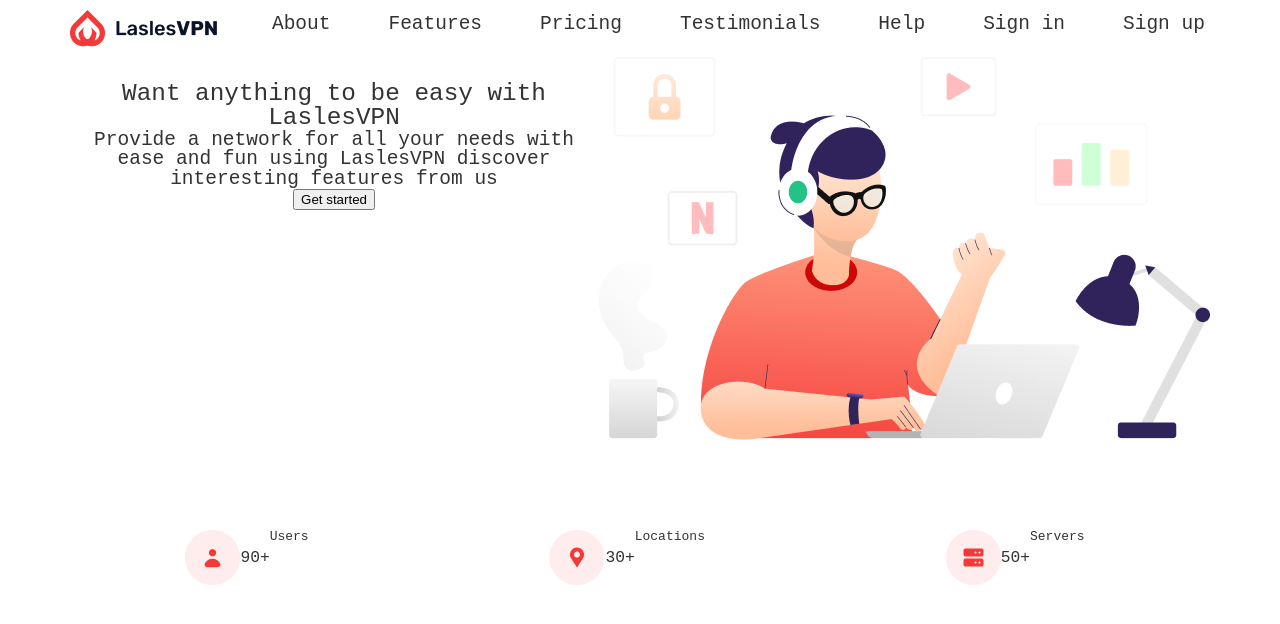
Repository: RaphaelMatheus-br/LP-251123
Page: index.html
These files come from the project's save history. The page is drawn as it stood at one moment and after the next save; the edit follows.
The browser window is 1280 px wide. The pictures show the whole page.

Above is the page before, as saved 2023-11-25 13:18:28.

After the next save:
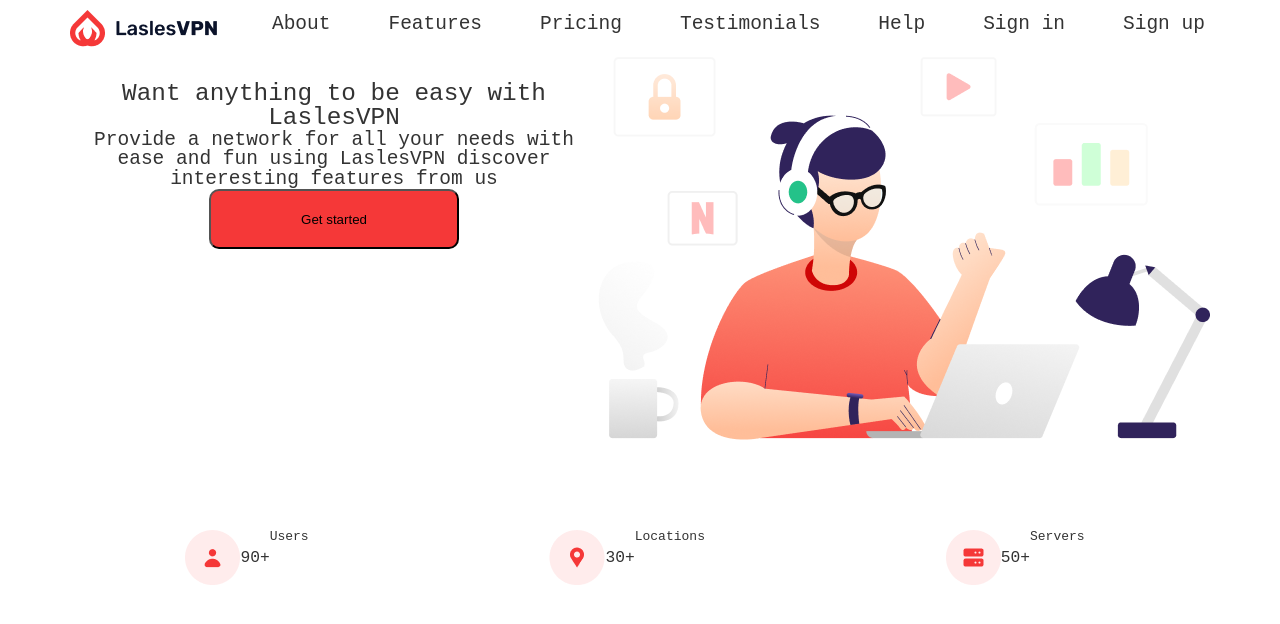
Saved 25 s later.
--- a/style.css
+++ b/style.css
@@ -81,7 +81,7 @@
 	display: flex;
 }
 
-.button {
+.sobre__botao {
 width: 250px;
 height: 60px;
 flex-shrink: 0;
